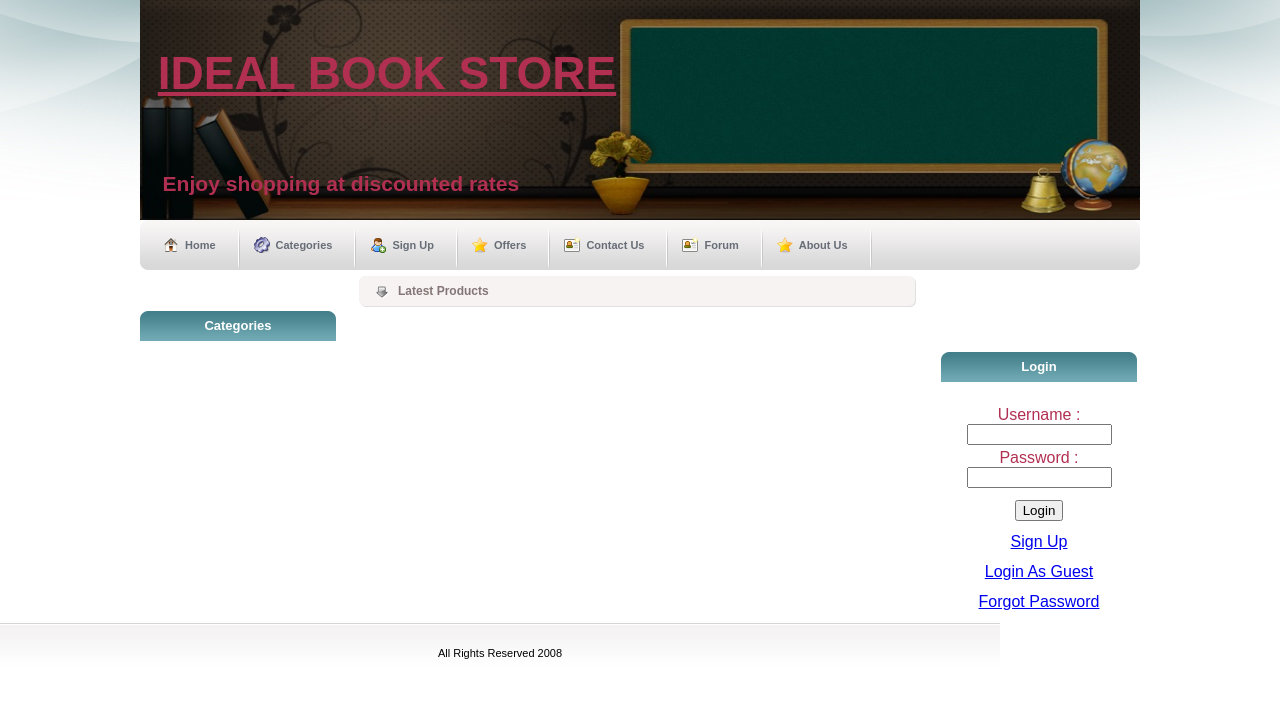
Repository: tusharjain887/Online-Book-Sales
Page: http://localhost/OnlineBook/
The author's editor kept a copy of each file at every save. The page is drawn from the files as they stood at one save, then again after the next save.
The browser window is 1280 px wide. The pictures show the whole page.
The page is served by Tomcat 9. Queries for data that is not in the repository find no rows.

Above is the page before, as saved 2013-04-08 16:57:15.

After the next save:
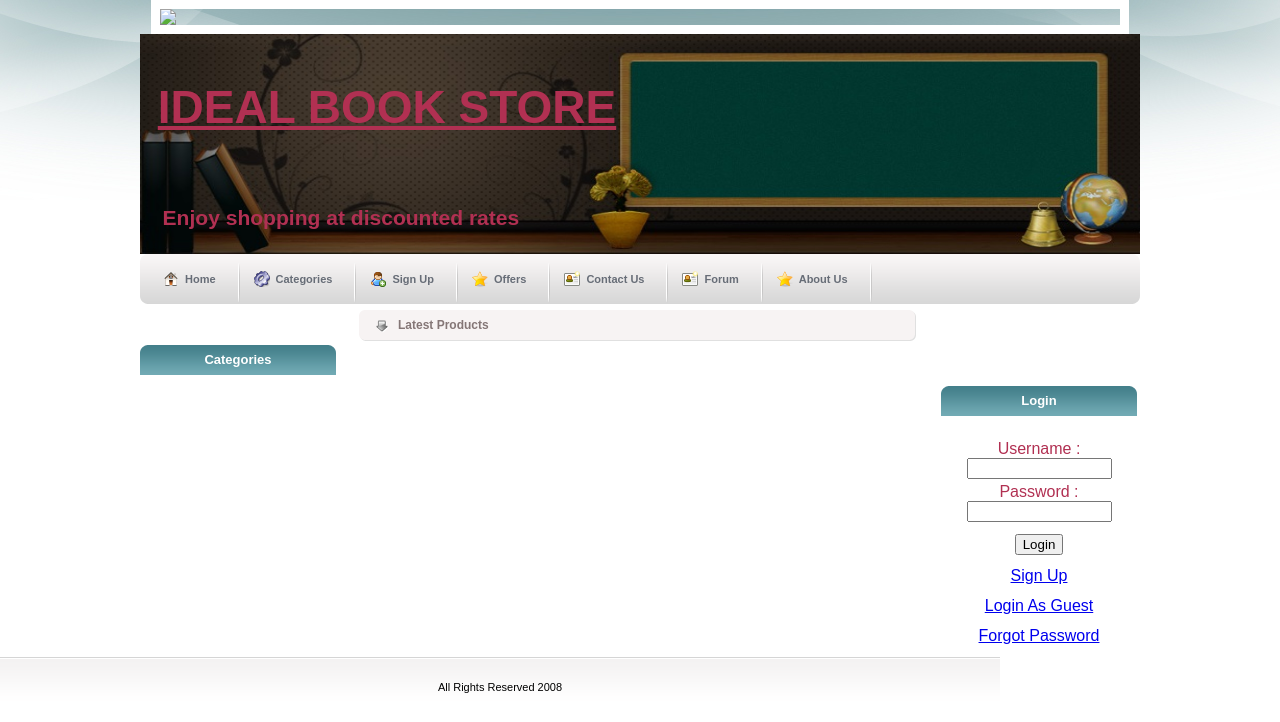
Not found: PROJECT/workspace/workspace/OnlineBook/OnlineBook/data1/images/book1.jpg
Not found: PROJECT/workspace/workspace/OnlineBook/OnlineBook/data1/images/book2.jpg
Not found: PROJECT/workspace/workspace/OnlineBook/OnlineBook/data1/images/book3.jpg
Saved 37 s later.
--- a/PROJECT/workspace/workspace/OnlineBook/WebContent/index.jsp
+++ b/PROJECT/workspace/workspace/OnlineBook/WebContent/index.jsp
@@ -20,6 +20,19 @@
 </head>
 <body>
 
+<!-- Start Slider -->
+<div id="wowslider-container1">
+	<div class="ws_images"><ul>
+<li><img src="data1/images/book1.jpg" alt="book1" title="book1" id="wows1_0"/></li>
+<li><img src="data1/images/book2.jpg" alt="book2" title="book2" id="wows1_1"/></li>
+<li><img src="data1/images/book3.jpg" alt="book3" title="book3" id="wows1_2"/></li>
+<li><img src="data1/images/book4.jpg" alt="book4" title="book4" id="wows1_3"/></li>
+</ul></div>
+	<div class="ws_shadow"></div>
+	</div>
+	<script type="text/javascript" src="engine1/wowslider.js"></script>
+	<!-- End Slider -->
+
 <div id="main_container">
 
   <div id="header">

After the save that followed:
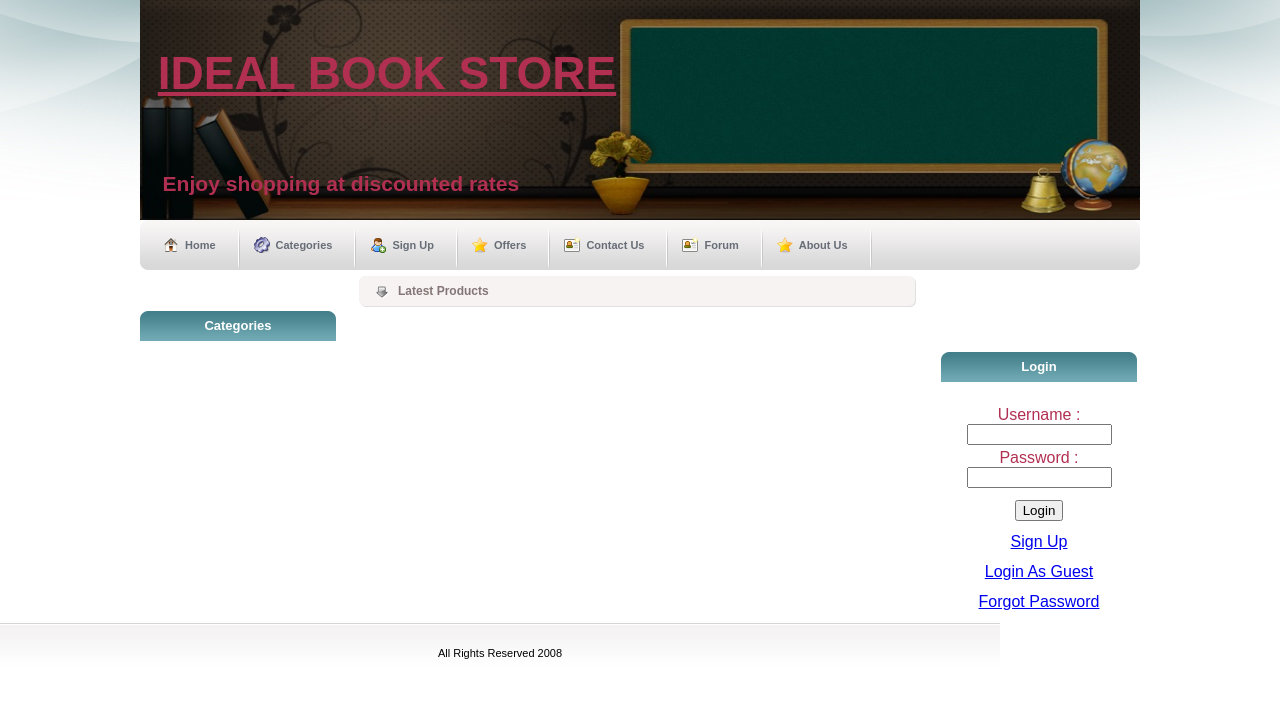
Saved 2 min 28 s later.
--- a/PROJECT/workspace/workspace/OnlineBook/WebContent/index.jsp
+++ b/PROJECT/workspace/workspace/OnlineBook/WebContent/index.jsp
@@ -7,11 +7,6 @@
 <head>
 <title>Ideal Book Store</title>
 <meta http-equiv="Content-Type" content="text/html; charset=windows-1252" />
-	<!-- Start Slider -->
-	<link rel="stylesheet" type="text/css" href="engine1/style.css" />
-	<script type="text/javascript" src="engine1/jquery.js"></script>
-	<!-- End Slider -->
-
 <link rel="stylesheet" type="text/css" href="style.css" />
 <!--[if IE 6]>
 <link rel="stylesheet" type="text/css" href="iecss.css" />
@@ -19,20 +14,6 @@
 <script type="text/javascript" src="js/boxOver.js"></script>
 </head>
 <body>
-
-<!-- Start Slider -->
-<div id="wowslider-container1">
-	<div class="ws_images"><ul>
-<li><img src="data1/images/book1.jpg" alt="book1" title="book1" id="wows1_0"/></li>
-<li><img src="data1/images/book2.jpg" alt="book2" title="book2" id="wows1_1"/></li>
-<li><img src="data1/images/book3.jpg" alt="book3" title="book3" id="wows1_2"/></li>
-<li><img src="data1/images/book4.jpg" alt="book4" title="book4" id="wows1_3"/></li>
-</ul></div>
-	<div class="ws_shadow"></div>
-	</div>
-	<script type="text/javascript" src="engine1/wowslider.js"></script>
-	<!-- End Slider -->
-
 <div id="main_container">
 
   <div id="header">
